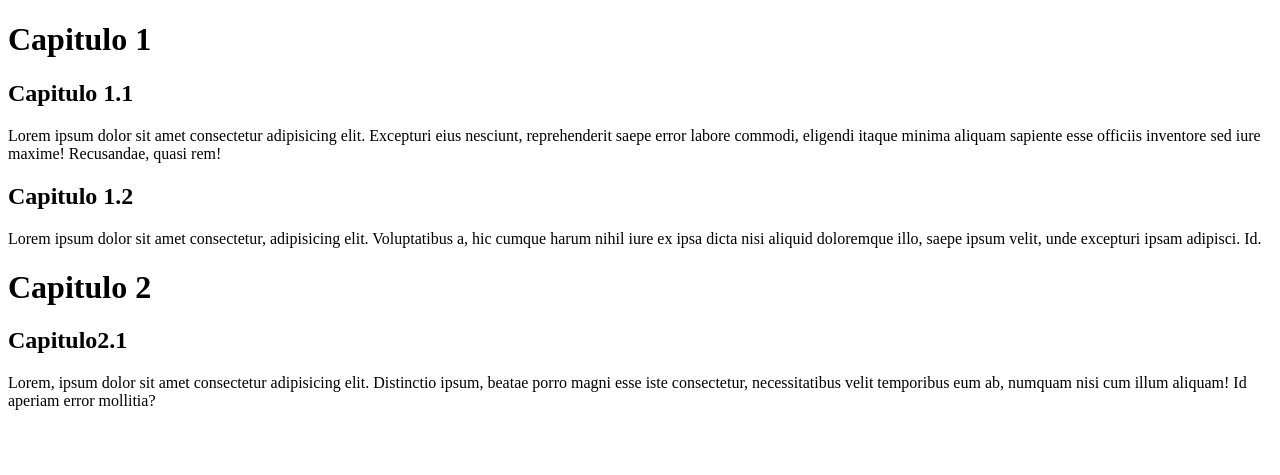
Repository: Guillermomarcon/exercicios
Page: ex013.1/index.html
An editor plug-in stored every save of this project. The page is shown before and after the next save, followed by the edit.
The browser window is 1280 px wide. The pictures show the whole page.

Above is the page before, as saved 2020-12-31 15:59:06.

After the next save:
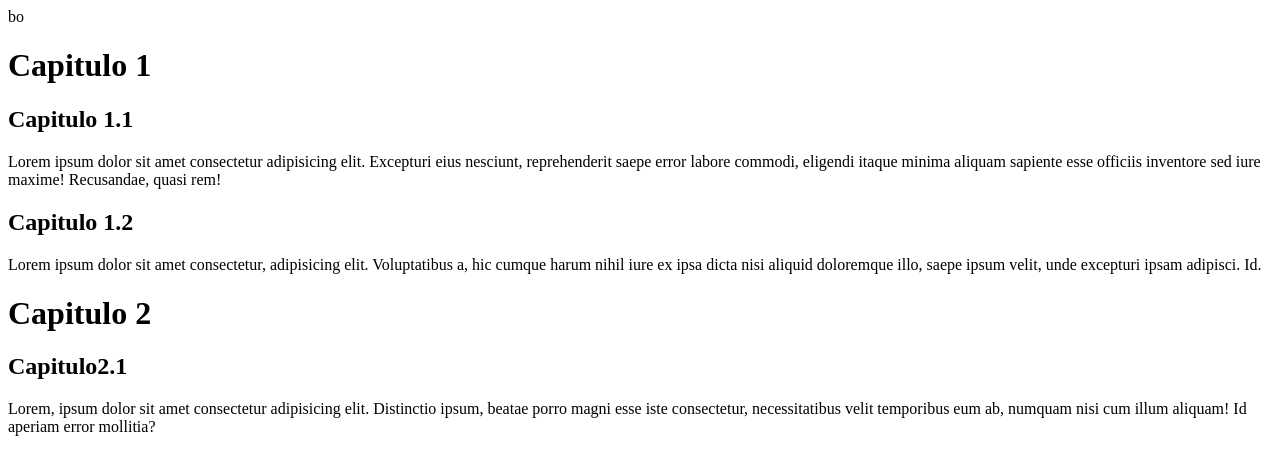
Saved 2 s later.
--- a/ex013.1/index.html
+++ b/ex013.1/index.html
@@ -4,7 +4,7 @@
     <meta charset="UTF-8">
     <meta name="viewport" content="width=device-width, initial-scale=1.0">
     <title>Estilos locais ou Internos</title>
-    <link rel="shortcut icon" href="imagens/favicon-16x16.png" type="image/x-icon">
+    <link rel="shortcut icon" href="imagens/favicon-16x16.png" type="image/x-icon">bo
     <style>
 
     </style>

After the save that followed:
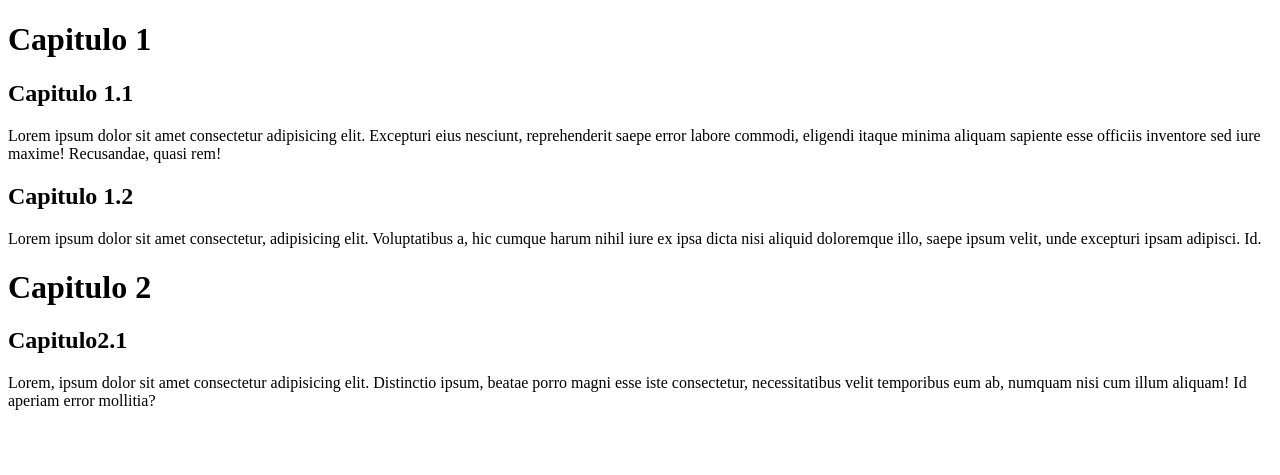
Saved 3 s later.
--- a/ex013.1/index.html
+++ b/ex013.1/index.html
@@ -4,7 +4,7 @@
     <meta charset="UTF-8">
     <meta name="viewport" content="width=device-width, initial-scale=1.0">
     <title>Estilos locais ou Internos</title>
-    <link rel="shortcut icon" href="imagens/favicon-16x16.png" type="image/x-icon">bo
+    <link rel="shortcut icon" href="imagens/favicon-16x16.png" type="image/x-icon">
     <style>
 
     </style>
